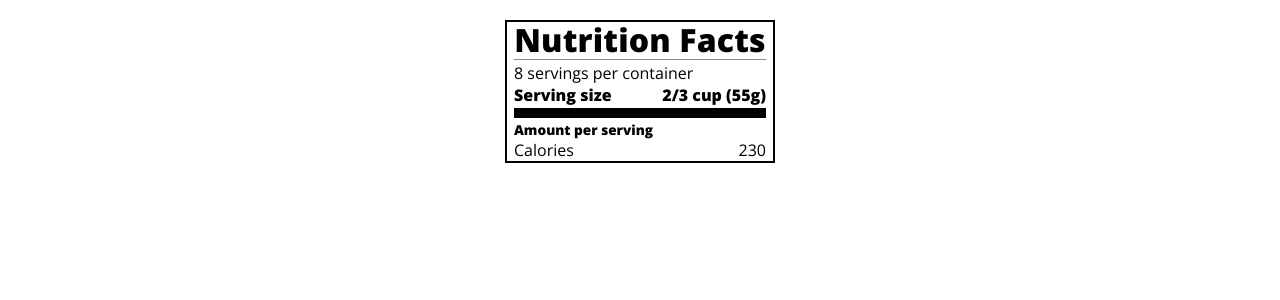
Repository: AimenDje/NutritionLabel
Page: index.html
The author's editor kept a copy of each file at every save. The page is drawn from the files as they stood at one save, then again after the next save.
The browser window is 1280 px wide. The pictures show the whole page.

Above is the page before, as saved 2025-08-30 22:27:56.

### index.html
<!DOCTYPE html>
<html lang="en">

<head>
  <meta charset="UTF-8">
  <title>Nutrition Label</title>
  <link rel="stylesheet" href="https://fonts.googleapis.com/css?family=Open+Sans:400,700,800">
  <link rel="stylesheet" href="styles.css">

</head>

<body>
  <div class="label">
    <header>
      <h1 class="bold">Nutrition Facts</h1>
      <div class="divider"></div>
      <p>8 servings per container</p>
      <p class="bold">Serving size <span>2/3 cup (55g)</span></p>
    </header>
    <div class="divider large"> </div>
     <div class="calories-info">
      <div class="left-container">
        <h2 class="bold small-text">Amount per serving</h2>
        <p> Calories</p>
      </div>
      <span> 230 </span>
    </div>
  </div>
  </div>
</body>
</html>

### styles.css
*{
  box-sizing: border-box;
}

body{
  font-family:"Open Sans", sans-serif;
}

html{
  font-size:16px;
}

.label {
  border: 2px solid black;
  width: 270px;
  margin: 20px auto;
  padding : 0 7px;
}

header h1 {
  text-align: center;
  margin : -4px 0;
  letter-spacing : 0.15px;
}

p{
  margin : 0;
  display:flex;
  justify-content: space-between;
}

.divider{
  border-bottom: 1px solid #888989;
  margin : 2px 0;
}

.bold{
  font-weight: 800;
}

.large{
  height:10px;

}
.large, .medium{
  background-color:black;
  border:0;
}

.small-text{
  font-size: 0.85rem;
}

.calories-info h2{
  margin:0;
}

.calories-info{
  display:flex;
  justify-content:space-between;
  align-items:flex-end;
}

After the next save:
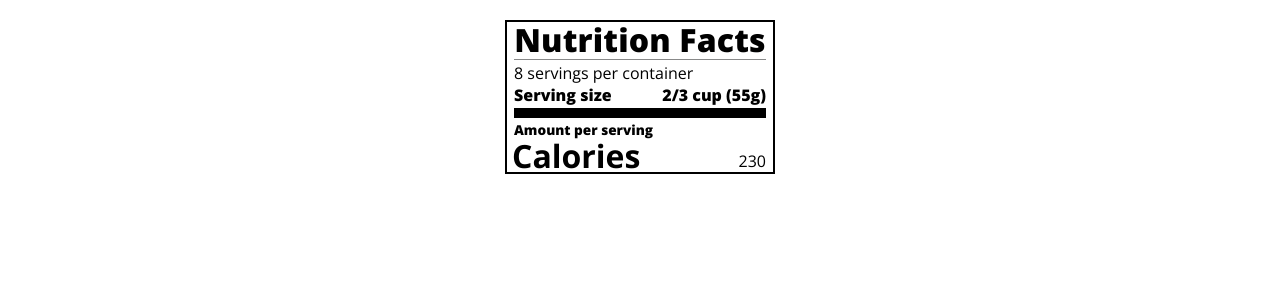
Saved 97 s later.
--- a/styles.css
+++ b/styles.css
@@ -60,3 +60,9 @@ p{
   justify-content:space-between;
   align-items:flex-end;
 }
+
+.left-container p{
+  margin:-5px -2px;
+  font-size: 2em;
+  font-weight:700;
+}
